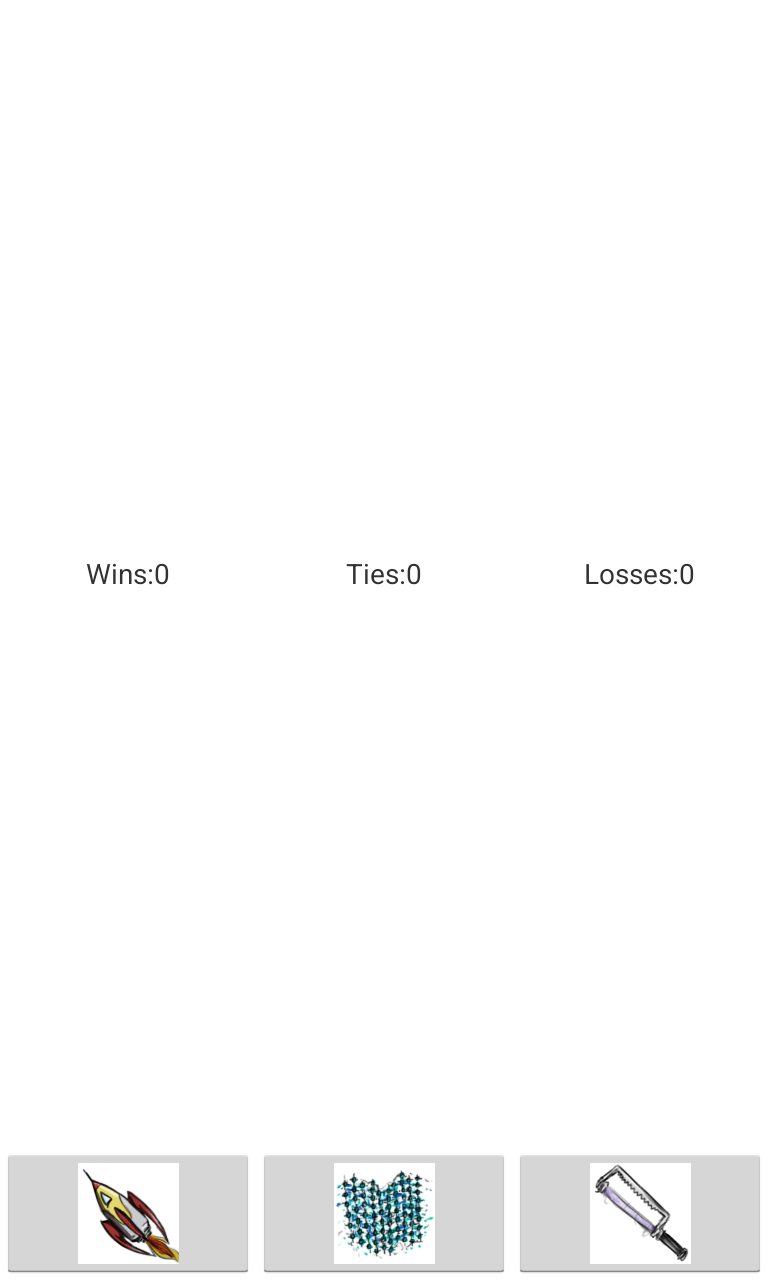
Repository: BU-HuangJ/angrybots_android_app
Layout: workspace/AngryBots/res/layout/activity_mini_game3.xml
An editor plug-in stored every save of this project. The layout is shown before and after the next save, followed by the edit.
It is drawn on a 768 x 1280 px phone screen (xhdpi) without system bars, with theme AppTheme; the app's code is not run.

Above is the layout before, as saved 2013-04-29 17:58:19.

After the next save:
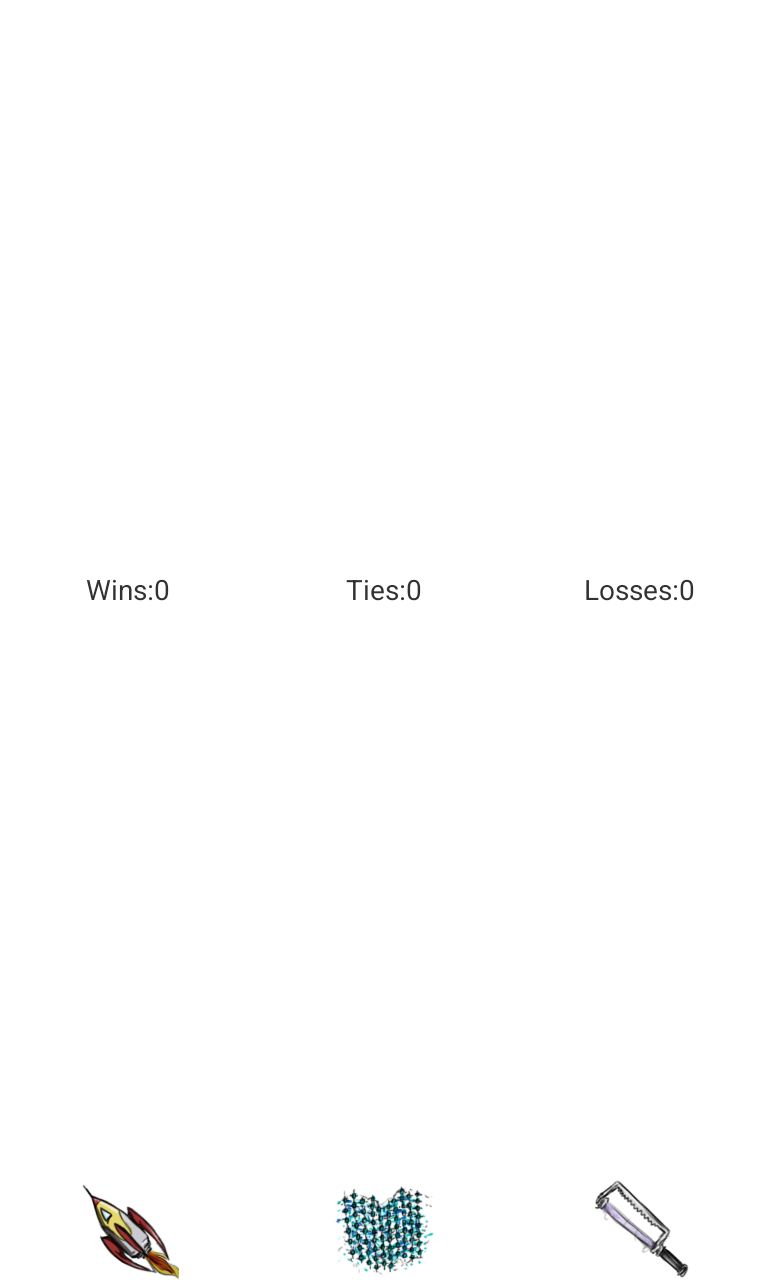
Saved 54 s later.
--- a/workspace/AngryBots/res/layout/activity_mini_game3.xml
+++ b/workspace/AngryBots/res/layout/activity_mini_game3.xml
@@ -102,6 +102,7 @@
 	        android:layout_height="wrap_content"
 	        android:layout_weight="1"
 	        android:onClick="chooseRock"
+	        android:background="@android:color/transparent"
 	        android:src="@drawable/rpc_rock_rocket" />
 
         <ImageButton
@@ -110,6 +111,7 @@
 	        android:layout_height="wrap_content"
 	        android:layout_weight="1"
 	        android:onClick="choosePaper"
+	        android:background="@android:color/transparent"
 	        android:src="@drawable/rpc_paper_nano_net" />
 
         <ImageButton
@@ -118,6 +120,7 @@
 	        android:layout_height="wrap_content"
 	        android:layout_weight="1"
 	        android:onClick="chooseScissors"
+	        android:background="@android:color/transparent"
 	        android:src="@drawable/rpc_scissors_laser_cutter" />
 
     </LinearLayout>
